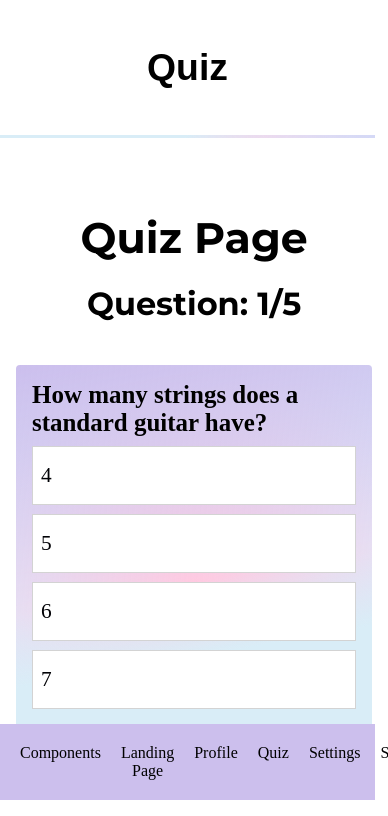
Repository: 1medi/pocketprof
Page: /quiz/page
These files come from the project's save history. The page is drawn as it stood at one moment and after the next save; the edit follows.
The browser window is 375 px wide. The page is 388 px wide, then 375 px, so the pictures cover 388 px, including what lies to the right of the window. The pictures show the whole page.
The project was rebuilt for these pictures with package versions that can differ from the ones it lists, and the page was loaded fresh each time. The framework's server and built-in components were replaced by stand-ins that run in the browser. Also part of the build but not shown: next.config.mjs, Components/Buttons/Oscar/Oscar.module.css, Components/Buttons/Oscar/index.js.

Above is the page before, as saved 2024-04-13 21:05:21.

### pages/quiz/page.jsx
'use client';
import React, { useState, useRef, useEffect } from 'react';
import { quiz } from "../data"
import styles from "./page.module.css"
import { Montserrat } from "next/font/google"
import Header from '@/Components/Header';
import NavBar from "@/Components/Navbar"


const notoSans = Montserrat({
  subsets: ['latin'],
});

export default function Page() {
  const [activeQuestion, setActiveQuestion] = useState(0);
  const [selectedAnswer, setSelectedAnswer] = useState('');
  const [checked, setChecked] = useState(false);
  const [selectedAnswerIndex, setSelectedAnswerIndex] = useState(null);
  const [showResult, setShowResult] = useState(false);
  const [result, setResult] = useState({
    score: 0,
    correctAnswers: 0,
    wrongAnswers: 0,
  });

  const nextButtonRef = useRef(null);

  const { questions } = quiz;
  const { answers, correctAnswer } = questions[activeQuestion];

  const onAnswerSelected = (answer, idx, event = null) => {
    if (event && event.type === 'keydown' && (event.key !== 'Enter' && event.key !== ' ')) {
      return;
    }
    setChecked(true);
    setSelectedAnswerIndex(idx);
    if (answer === correctAnswer) {
      setSelectedAnswer(true);
      console.log('true');
    } else {
      setSelectedAnswer(false);
      console.log('false');
    }
  };


  useEffect(() => {
    if (checked && nextButtonRef.current) {
      nextButtonRef.current.focus();
    }
  }, [checked]);

  const nextQuestion = () => {
    setSelectedAnswerIndex(null);
    setResult((prev) =>
      selectedAnswer
        ? {
            ...prev,
            score: prev.score + 5,
            correctAnswers: prev.correctAnswers + 1,
          }
        : {...prev,
            wrongAnswers: prev.wrongAnswers + 1,
          }
    );
    if (activeQuestion !== questions.length - 1) {
      setActiveQuestion((prev) => prev + 1);
    } else {
      setActiveQuestion(0);
      setShowResult(true);
    }
    setChecked(false);
  };

  return (
    <>
    <Header name="Quiz"/>
      <div className={`${styles.container}`}>
      <h1 className={styles.title}>Quiz Page</h1>
      <div>
        <h2 className={styles.activeQ}>
          Question: {activeQuestion + 1}
          <span>/{questions.length}</span>
        </h2>
      </div>
      <div>
        {!showResult ? (
          <div className={styles.quizContainer}>
            <h3 className={styles.question}>{questions[activeQuestion].question}</h3>
            {answers.map((answer, idx) => (
              <li
                key={idx}
                onClick={() => onAnswerSelected(answer, idx)}
                onKeyDown={(event) => onAnswerSelected(answer, idx, event)}
                className={`${styles.answerList} ${selectedAnswerIndex === idx ? styles.itemSelected : styles.itemHover}`}
                tabIndex={0}>
                <span>{answer}</span>
              </li>
            ))}

            <button
              ref={nextButtonRef}
              onClick={nextQuestion}
              className={checked ? styles.btn : styles.btnDisabled}
              tabIndex={2}
              disabled={!checked}>
              {activeQuestion === questions.length - 1 ? 'Finish' : 'Next'}
            </button>
          </div>
        ) : (
          <div className={styles.quizContainer}>
            <h3 className={styles.hthree}>Results</h3>
            <h3 className={styles.hthree}>Overall {(result.score / (questions.length * 5)) * 100}%</h3>
            <p className={styles.paragraph}>
              Total Questions: <span>{questions.length}</span>
            </p>
            <p className={styles.paragraph}>
              Total Score: <span>{result.score}</span>
            </p>
            <p className={styles.paragraph}>
              Correct Answers: <span>{result.correctAnswers}</span>
            </p>
            <p className={styles.paragraph}>
              Wrong Answers: <span>{result.wrongAnswers}</span>
            </p>
            <button className={styles.btn} onClick={() => window.location.reload()}>Restart</button>
          </div>
        )}
      </div>
    </div>
    <NavBar/>
    </>

  );
};

### pages/api/chat-gpt/route.js
import { NextResponse } from "next/server";

export async function POST(request) {
  return NextResponse.json({
    name: "IT WORKS!!!",
  });
}

### styles/globals.css
:root {
background-color: white;
align-content: center;
--main-color-purple: #53239B;
--main-color-lightpurple: #CCBFED;
--secondary-color-blue: #9AB7F9;
--secondary-color-lightblue: #CCE3FB;

--font-header: 34pt ;
--font-section-header: 28pt;
--font-sub-header: 24pt;
--font-button: 16pt;
--font-body: 16pt;
--font-secondary: 14pt;
--font-tertiary:12pt;

--headings: "mont", sans-serif;
--body-text: "Noto Sans", sans-serif;

}


* {
    padding: 0;
    margin: 0;
  }

  ol,
  ul {
    list-style: none;
  }

### pages/data.js
export const quiz = {
    totalQuestions: 5,
    questions: [
      {
        id: 1,
        question: 'How many strings does a standard guitar have?',
        answers: ['4', '5', '6', '7'],
        correctAnswer: '6',
      },
      {
        id: 2,
        question: 'Which part of the guitar do you strum or pluck the strings with?',
        answers: ['Headstock', 'Fretboard', 'Body', 'Bridge'],
        correctAnswer: 'Body',
      },
      {
        id: 3,
        question: 'What is a pick used for in playing the guitar?',
        answers: ['Holding the strings down', 'Strumming or plucking the strings', 'Keeping the guitar in tune', 'San Marino'],
        correctAnswer: 'Strumming or plucking the strings',
      },
      {
        id: 4,
        question: 'What is the name of the thickest string on the guitar?',
        answers: ['A string', 'E string', 'D string', 'G string'],
        correctAnswer: 'E string',
      },
      {
        id: 5,
        question: 'Where do you place your fingers to play different notes on the guitar?',
        answers: ['On the body', 'On the headstock', 'On the strings over the fretboard', 'On the tuning pegs'],
        correctAnswer: 'On the strings over the fretboard',
      },
    ],
  };

### pages/quiz/page.module.css

@media only screen and (max-width:431px) {
  .container{
  padding: 1rem ;
  background-color: white;
  width: 95%;
  margin: auto;
  margin-top: 3rem;
  border-radius: 5px;
  font-size: var(--font-body);
  position:absolute;

}

.title,
.activeQ{
  color: black;
  text-align: center;
  padding:10px;
  font-family: "Montserrat", "sans-serif";
}

.hthree {
  padding-bottom: 2rem;
  color: #000105;
  font-size: 1.8rem;
}

.btn {
  padding: 16px 8px;
  width: 100%;
  margin-top: 12px;
  font-size: 1rem;
  border-radius: 4px;
  cursor: pointer;
  background-color: var(--main-color-purple);
  color: #f8f8f8;
}

.btnDisabled {
  background-color: lightgray;
  padding: 16px 8px;
  width: 100%;
  margin-top: 12px;
  font-size: 1rem;
  border-radius: 4px;
  color: darkgray;

}

.answerList {
  list-style-type: none;
  cursor: pointer;
  margin: 9px 0;
  padding: 16px 8px;
  color: #000105;
  border: 1px solid lightgray;
  background-color: white;
}

.itemHover:hover {
  background-color: #CCBFED;
  columns: #fff;
}

.itemSelected {
  color: #474747;
  background-color:#8E71D5;
}

.quizContainer {
  background: linear-gradient(-10deg, #d9edf7 35%, rgba(237, 202, 216, 0) 50%, var(--main-color-lightpurple)), radial-gradient(circle, #ffcae1 0, #daeafc 100%);
  padding: 1rem;
  margin-top: 2rem;
  border-radius: 4px;
}

.paragraph {
  padding: 8px 0;
}

}

### Components/Header/index.js
import styles from "@/Components/Header/Header.module.css"
import Link from "next/link"
import { Montserrat } from "next/font/google"

const montserrat = Montserrat({
  subsets: ['latin'],
});
export default function Header({name}){
  return (
    <>
    <header className={styles.header}>

      <h1 className={styles.headerTitle}>{name}</h1>
    </header>
    </>
  )
}

### Components/Navbar/index.js
import styles from "./Navbar.module.css"
import Oscar from "@/Components/Buttons/Oscar"
import Link from "next/link"

export default function NavBar() {
  return (
    <nav className={styles.nav}>
        <div className={styles.navContainer}>
          <ul className={styles.navOptions}>
            <li className={styles.navLink}>
            <Link href={'/Components'} className={styles.navText}>Components </Link>
            </li>
            <li className={styles.navLink}>
            <Link href={'/LandingPage'} className={styles.navText}>Landing Page </Link>
            </li>
            <li className={styles.navLink}>
            <Link href={'/Profile'} className={styles.navText}>Profile </Link>
            </li>
            <li className={styles.navLink}>
            <Link href={'/QuizPage'} className={styles.navText}>Quiz</Link>
            </li>
            <li className={styles.navLink}>
            <Link href={'/Settings'} className={styles.navText}>Settings</Link>
            </li>
            <li className={styles.navLink}>
            <Link href={'/Subjects'} className={styles.navText}>Subjects</Link>
            </li>
          </ul>

        </div>
    </nav>
  )
}

### Components/Header/Header.module.css
.header{
  max-height: 400;
  height: 6em;
  position: relative;
  padding: 1.3rem;
  backdrop-filter: blur(10px);
  }

  .header::before {
    content: "";
    position: absolute;
    inset: 0;
    border-bottom: 3px solid transparent;
    background: linear-gradient(140deg,  #d9edf7 35%, rgba(237, 202, 216, 0) 50%, var(--main-color-lightpurple)), radial-gradient(circle, #ffcae1 0, #daeafc 100%) border-box;
    mask: linear-gradient(#fff 0 0) padding-box, linear-gradient(#fff 0 0);
    mask-composite: exclude;
  }


.headerTitle{
  text-align: center;
  margin:auto;
  display: flex;
  justify-content: center;
  color: black;
  padding-top: 25px;
  font-family: var(--headings);
  font-size: var(--font-section-header);
}

### Components/Navbar/Navbar.module.css
@media only screen and (max-width:430px) {
  .nav {
  position: fixed;
  bottom: 0;
  left: 0;
  width: 100%;
  display: flex;
  flex-direction: row;
  background-color:var(--main-color-lightpurple);
  justify-content: space-around;
}

.navContainer{
  position: relative;
  justify-content: space-around;
  width: 100%;
}
.buttonContainer{
  padding:10px;

}

.navOptions{
  display: flex;
  flex-direction: row;
  text-align: center;
  justify-content: space-around;
  padding: 10px;
  text-decoration: none;
}

.navLink{
  padding: 10px;
  border-radius: 10px;
  text-decoration: none;
  list-style: none;
  position: relative;
  justify-content: center;
}

.image:hover{
  background-color: #8b82a4;
}

.navText{
  text-decoration: none;
  list-style: none;
  color:black;
}

.navText:visited{
  text-decoration: none;
  list-style: none;
  color: black;
}
}

Loaded but not shown: pages/_app.js (common file); pages/_document.js (common file); pages/api/hello.js (common file); pages/api/askOscar.js (no copy from this time; the picture is the same without it); pages/api/chat.js (no copy from this time; the picture is the same without it); pages/api/image.js (no copy from this time; the picture is the same without it)

After the next save:
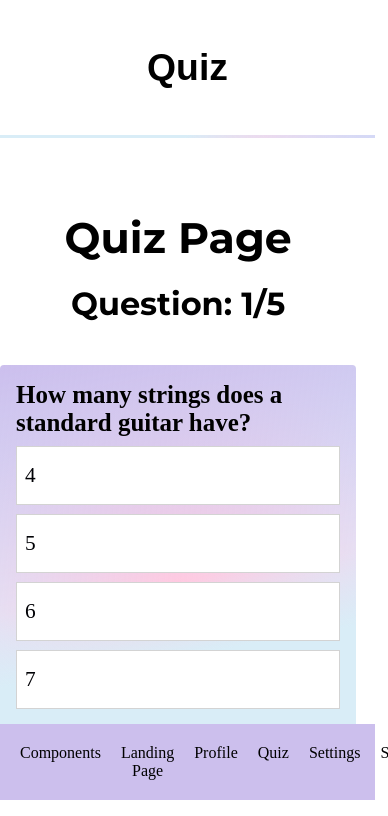
Saved 5 s later.
--- a/pages/quiz/page.module.css
+++ b/pages/quiz/page.module.css
@@ -1,7 +1,7 @@
 
 @media only screen and (max-width:431px) {
   .container{
-  padding: 1rem ;
+  padding: 1rem 0;
   background-color: white;
   width: 95%;
   margin: auto;
